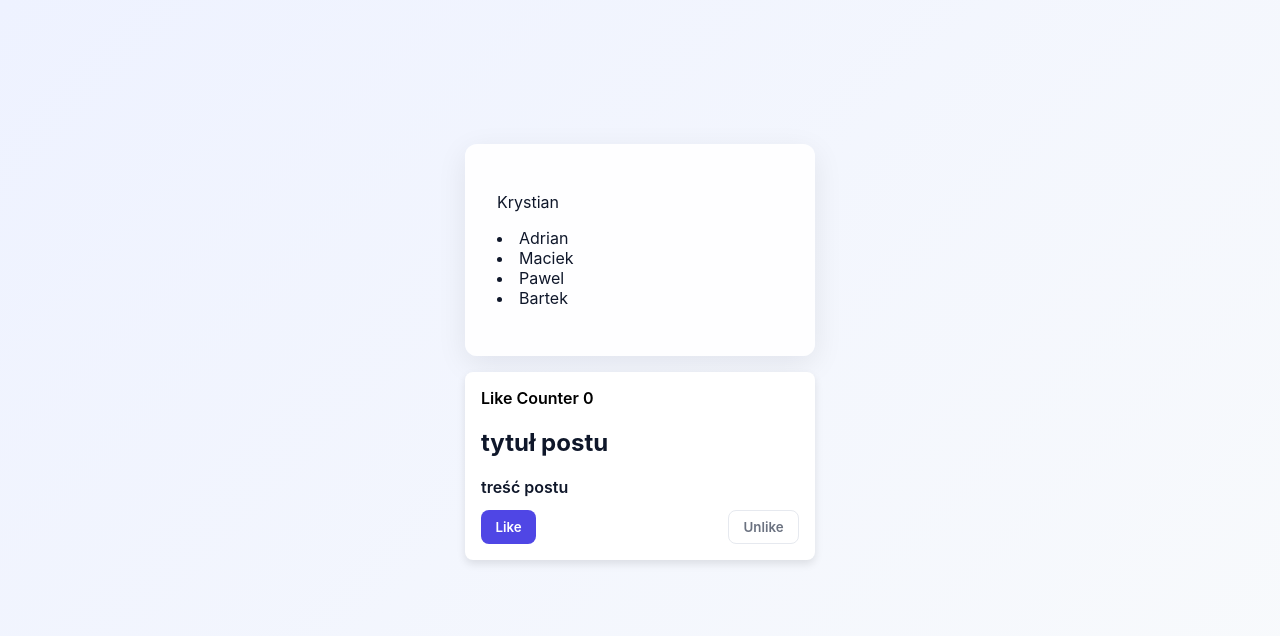
Repository: KrystianTrzy/reactapt
Page: /
The author's editor kept a copy of each file at every save. The page is drawn from the files as they stood at one save, then again after a run of saves.
The browser window is 1280 px wide. The pictures show the whole page.
The project was rebuilt for these pictures with package versions that can differ from the ones it lists, and the page was loaded fresh each time.

Above is the page before, as saved 2025-11-22 09:26:19.

### src/index.js
import React from 'react';
import ReactDOM from 'react-dom/client';
import './index.css';
import App from './components/App/App';
import LikeCounter from './components/App/LikeCounter/LikeCounter';

const root = ReactDOM.createRoot(document.getElementById('root'));
root.render(
  <React.StrictMode>
    <div>
      <App />
      <LikeCounter />
    </div>
  </React.StrictMode>
);

// If you want to start measuring performance in your app, pass a function
// to log results (for example: reportWebVitals(console.log))
// or send to an analytics endpoint. Learn more: https://bit.ly/CRA-vitals

### src/index.css
:root {
	--bg: #f6f8ff;
	--card: #ffffff;
	--accent: #4f46e5;
	--muted: #6b7280;
	--radius: 12px;
}

* {
	box-sizing: border-box;
}

html, body, #root {
	height: 100%;
}

body {
	margin: 0;
	font-family: Inter, system-ui, -apple-system, 'Segoe UI', Roboto, 'Helvetica Neue', Arial;
	background: linear-gradient(135deg, #eef2ff 0%, #f8fafc 100%);
	color: #0f172a;
	-webkit-font-smoothing: antialiased;
	-moz-osx-font-smoothing: grayscale;
}

#root {
	display: flex;
	align-items: center;
	justify-content: center;
	padding: 2rem;
}

.App {
	width: 100%;
	max-width: 920px;
	background: rgba(255,255,255,0.9);
	border-radius: var(--radius);
	box-shadow: 0 8px 30px rgba(2,6,23,0.08);
	padding: 2rem;
}

ul {
	padding-left: 1.1rem;
}

button {
	font-family: inherit;
}

### src/components/App/App.js
import LikeCounter from './LikeCounter/LikeCounter';

function App() {
  const name = "Krystian";
  const names =['Adrian', 'Maciek', 'Pawel', 'Bartek'];
  return (
    <>
      <div className="App">
          <p>
            {name.length > 4 ? name : 'Hello firends'}
          </p>
          <p> {names.map((name) => <li key={name}>{name}</li>) }</p>
      </div>
    </>
  );
}

export default App;

### src/components/App/LikeCounter/LikeCounter.js
import React, { useState } from 'react'
import './LikeCounter.css'

function LikeCounter() {
    const [likes, setLikes] = useState(0);
    const handleLike = () => {
        setLikes(likes + 1);
    };

    const handleUnlike = () => {
        if (likes > 0) {
            setLikes(likes - 1);
        }
    };

    return (
        <div className="post">
            <p style={{ color: likes > 0 ? 'blue' : 'black' }}>Like Counter {likes}</p>
            <h2>tytuł postu</h2>
            <p>treść postu</p>
            <div className="actions">
                <button onClick={handleLike}>Like</button>
                <button onClick={handleUnlike}>Unlike</button>
            </div>
        </div>
    )
}

export default LikeCounter;

### src/components/App/LikeCounter/LikeCounter.css
.post {
    box-shadow: 0 4px 8px rgba(0, 0, 0, 0.1);
    padding: 1rem;
    width: 350px;
    border-radius: 0.5rem;
}

.actions {
    display: flex;
    flex-direction: row;
    justify-content: space-between;
}

.post {
    background: var(--card);
    margin: 1rem auto;
    color: #0f172a;
}

.post p {
    margin: 0 0 0.8rem 0;
    font-weight: 600;
}

.actions button {
    padding: 0.5rem 0.9rem;
    border-radius: 8px;
    border: none;
    cursor: pointer;
    font-weight: 600;
}

.actions button:first-child {
    background: var(--accent);
    color: white;
}

.actions button:last-child {
    background: transparent;
    color: var(--muted);
    border: 1px solid #e6e9ef;
}

.actions button:hover {
    transform: translateY(-1px);
}

Loaded but not shown: public/index.html (common file)

After the next 3 saves:
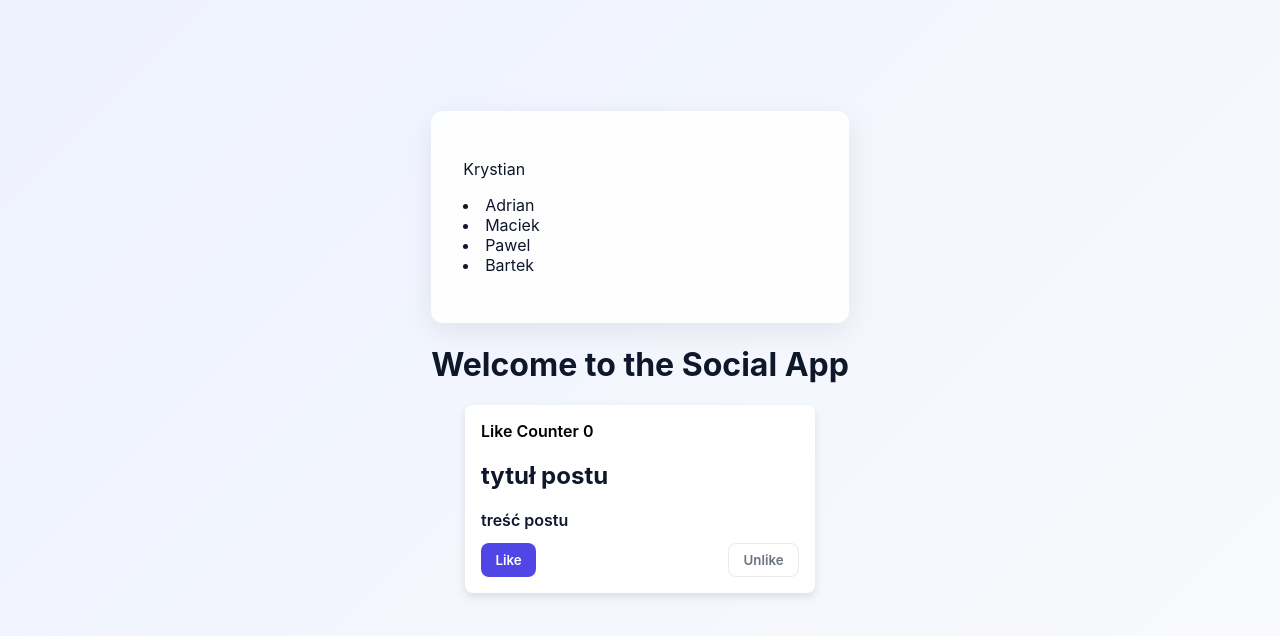
The 3 saves are shown as one change because they came seconds apart.
The last was saved 18 s later.
--- a/src/index.js
+++ b/src/index.js
@@ -9,6 +9,7 @@ root.render(
   <React.StrictMode>
     <div>
       <App />
+      <h1>Welcome to the Social App</h1>
       <LikeCounter />
     </div>
   </React.StrictMode>
